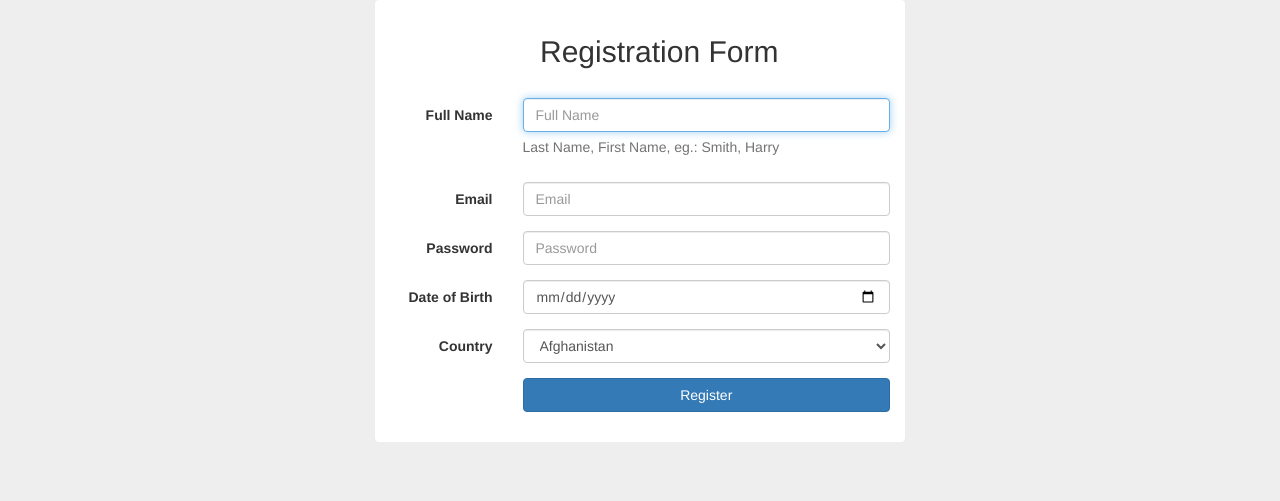
Repository: MeghaNagari/PracticeAtVMC
Page: Practice/VuePractice/WebContent/LoginDisplay.html
The author's editor kept a copy of each file at every save. The page is drawn from the files as they stood at one save, then again after the next save.
The browser window is 1280 px wide. The pictures show the whole page.
Some web libraries are served in a nearby version.

Above is the page before, as saved 2018-03-20 17:46:47.
Console error (its wording comes from the project's code and is left out).

### Practice/VuePractice/WebContent/LoginDisplay.html
<link href="//netdna.bootstrapcdn.com/bootstrap/3.2.0/css/bootstrap.min.css" rel="stylesheet" id="bootstrap-css">
<script src="//netdna.bootstrapcdn.com/bootstrap/3.2.0/js/bootstrap.min.js"></script>
<script src="//code.jquery.com/jquery-1.11.1.min.js"></script>
<link rel="stylesheet" href="css/LoginStyle.css">
<script src="https://cdn.jsdelivr.net/npm/vue/dist/vue.js"></script>
<!------ Include the above in your HEAD tag ---------->

<div class="container">
           <div id="parentForm"> <form v-on:submit.prevent="submitForm"  class="form-horizontal" role="form">
                <h2>Registration Form</h2>
                <div class="form-group">
                    <label for="firstName" class="col-sm-3 control-label">Full Name</label>
                    <div class="col-sm-9">
                        <input type="text" v-model="firstName" placeholder="Full Name" class="form-control" autofocus>
                        <span class="help-block">Last Name, First Name, eg.: Smith, Harry</span>
                    </div>
                </div>
                <div class="form-group">
                    <label for="email" class="col-sm-3 control-label">Email</label>
                    <div class="col-sm-9">
                        <input type="email" v-model="email" placeholder="Email" class="form-control">
                    </div>
                </div>
                <div class="form-group">
                    <label for="password" class="col-sm-3 control-label">Password</label>
                    <div class="col-sm-9">
                        <input type="password" v-model="password" placeholder="Password" class="form-control">
                    </div>
                </div>
                <div class="form-group">
                    <label for="birthDate" class="col-sm-3 control-label">Date of Birth</label>
                    <div class="col-sm-9">
                        <input type="date" v-model="birthDate" class="form-control">
                    </div>
                </div>
                <div class="form-group">
                    <label for="country" class="col-sm-3 control-label">Country</label>
                    <div class="col-sm-9">
                        <select id="country" class="form-control">
                            <option>Afghanistan</option>
                            <option>Bahamas</option>
                            <option>Cambodia</option>
                            <option>Denmark</option>
                            <option>Ecuador</option>
                            <option>Fiji</option>
                            <option>Gabon</option>
                            <option>Haiti</option>
                        </select>
                    </div>
                </div> <!-- /.form-group -->


             <div class="form-group">
                    <div class="col-sm-9 col-sm-offset-3">
                        <button type="submit" class="btn btn-primary btn-block">Register</button>
                    </div>
                </div>


               <my-component></my-component>



            </form> <!-- /form -->


            </div>



        </div> <!-- ./container -->

        <script>
        new Vue({
        	el:"#parentForm",
        	data:{
        		firstName:"",
        		email:"",
        		password:"",
        		birthDate:""
        	},
        	methode:{
        		checkForm:function(){
        			alert("form submitted")
        		}

        	},
        	components: {
        	    // <my-component> will only be available in parent's template
        	    'my-component': Child
        	  }
        	})



        var Child = {
        	props: ['message'],
        	  template: '<div>A custom component!</div>'
        	}


        </script>

### Practice/VuePractice/WebContent/css/LoginStyle.css
body {
    background-color: #eee;
}

*[role="form"] {
    max-width: 530px;
    padding: 15px;
    margin: 0 auto;
    background-color: #fff;
    border-radius: 0.3em;
}

*[role="form"] h2 {
    margin-left: 5em;
    margin-bottom: 1em;
}

After the next save:
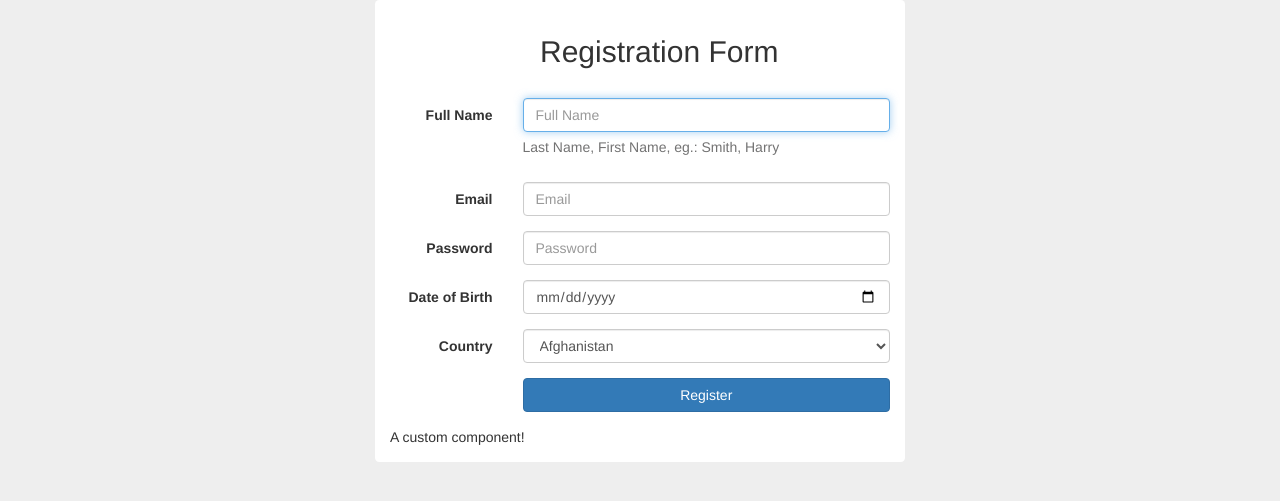
Saved 27 s later.
--- a/Practice/VuePractice/WebContent/LoginDisplay.html
+++ b/Practice/VuePractice/WebContent/LoginDisplay.html
@@ -71,6 +71,11 @@
         </div> <!-- ./container -->
 
         <script>
+        var Child = {
+            	props: ['message'],
+            	  template: '<div>A custom component!</div>'
+            	}
+
         new Vue({
         	el:"#parentForm",
         	data:{
@@ -93,10 +98,7 @@
 
 
 
-        var Child = {
-        	props: ['message'],
-        	  template: '<div>A custom component!</div>'
-        	}
+
 
 
         </script>

After the 5 saves that followed:
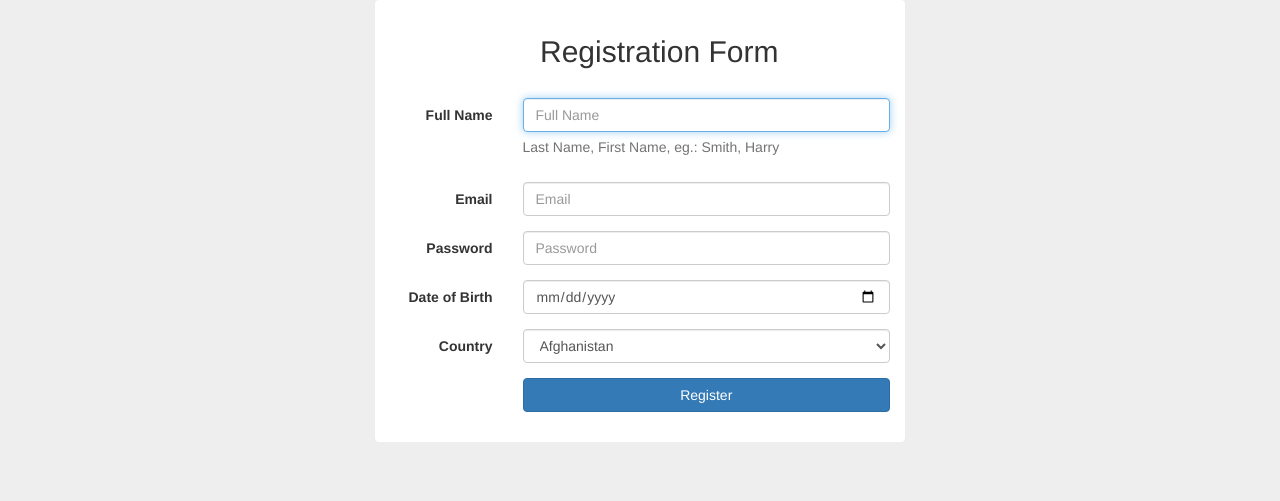
The 5 saves are shown as one change because 4 left the picture as it was.
The last was saved 7 min 41 s later.
--- a/Practice/VuePractice/WebContent/LoginDisplay.html
+++ b/Practice/VuePractice/WebContent/LoginDisplay.html
@@ -79,13 +79,15 @@
         new Vue({
         	el:"#parentForm",
         	data:{
+        		object{
         		firstName:"",
         		email:"",
         		password:"",
         		birthDate:""
+        		}
         	},
-        	methode:{
-        		checkForm:function(){
+        	methods:{
+        		submitForm:function(event){
         			alert("form submitted")
         		}
 
